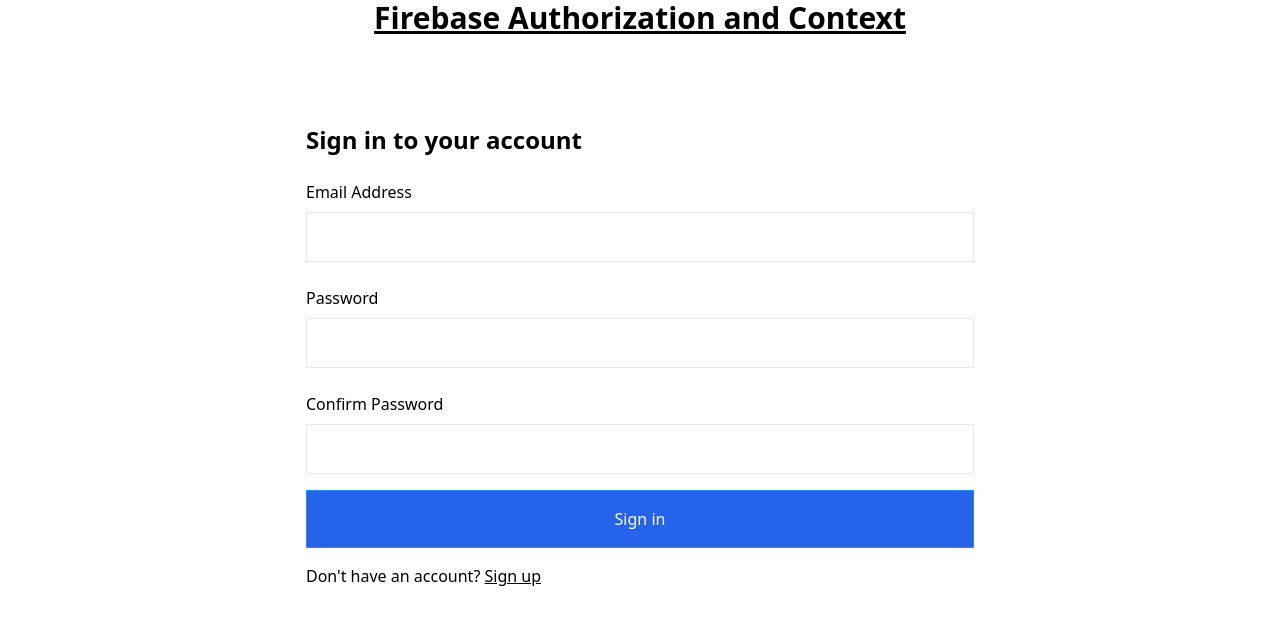
Repository: mottad14/practice_google_firebase
Page: /
The author's editor kept a copy of each file at every save. The page is drawn from the files as they stood at one save, then again after a run of saves.
The browser window is 1280 px wide. The pictures show the whole page.
The project was rebuilt for these pictures with package versions that can differ from the ones it lists, and the page was loaded fresh each time. Also part of the build but not shown: src/components/Signup.jsx, src/components/Account.jsx.

Above is the page before, as saved 2022-07-27 09:33:44.

After the next 2 saves:
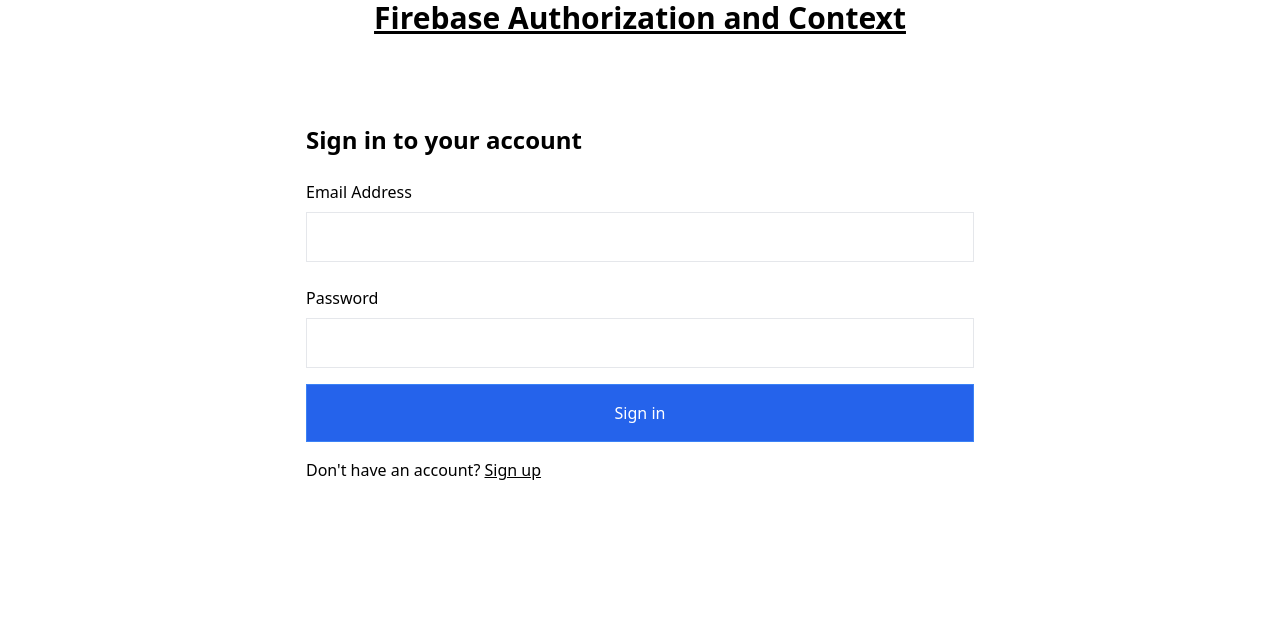
The 2 saves are shown as one change because they came seconds apart.
The last was saved 13 s later.
--- a/src/components/Signin.jsx
+++ b/src/components/Signin.jsx
@@ -19,10 +19,6 @@
                 <label className='py-2 font-medium' htmlFor=""> Password</label>
                 <input className='border p-3' type="password"/>
               </div>
-              <div className='flex flex-col py-2'>
-                <label className='py-2 font-medium' htmlFor=""> Confirm Password</label>
-                <input className='border p-3' type="password"/>
-              </div>
               <button className='border border-blue-500 bg-blue-600 hover:bg-blue-500 w-full p-4 my-2 text-white'>Sign in</button>
           </form>
               <p className='py-2'>
